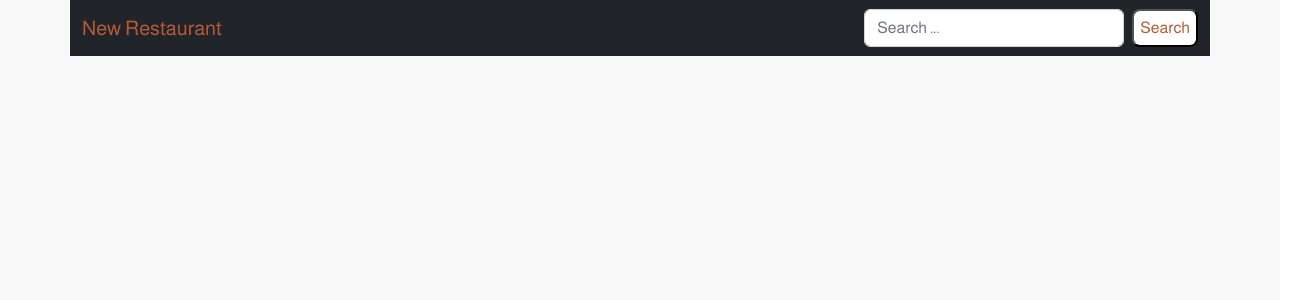
Repository: SD-Mdouka/react-table
Page: /
These files come from the project's save history. The page is drawn as it stood at one moment and after the next save; the edit follows.
The browser window is 1280 px wide. The page is 1280 px wide, then 1292 px, so the pictures cover 1292 px, including what lies to the right of the window. The pictures show the whole page.
The project was rebuilt for these pictures with package versions that can differ from the ones it lists, and the page was loaded fresh each time.

Above is the page before, as saved 2022-10-06 15:49:33.

After the next save:
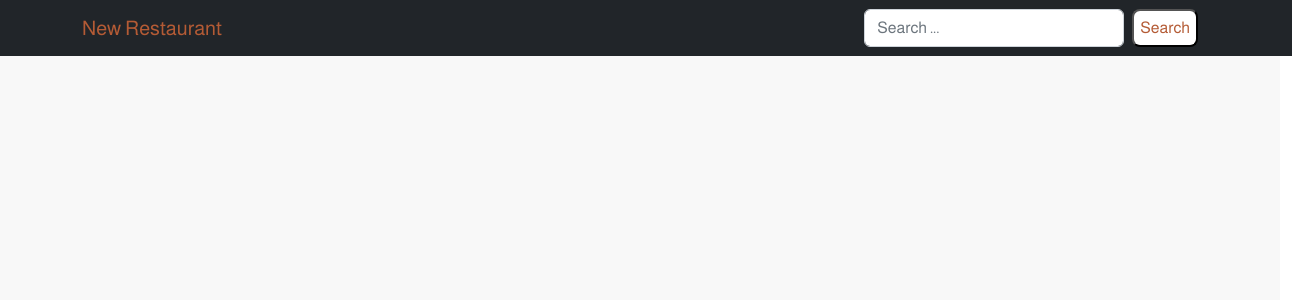
Saved 13 s later.
--- a/src/App.tsx
+++ b/src/App.tsx
@@ -6,8 +6,8 @@ import NavBar from "./components/Navbar";
 const App = () => {
   return (
     <div className="color-body font">
-
-      <Container>  <NavBar /></Container>
+      <NavBar />
+      <Container></Container>
     </div>
   );
 };
